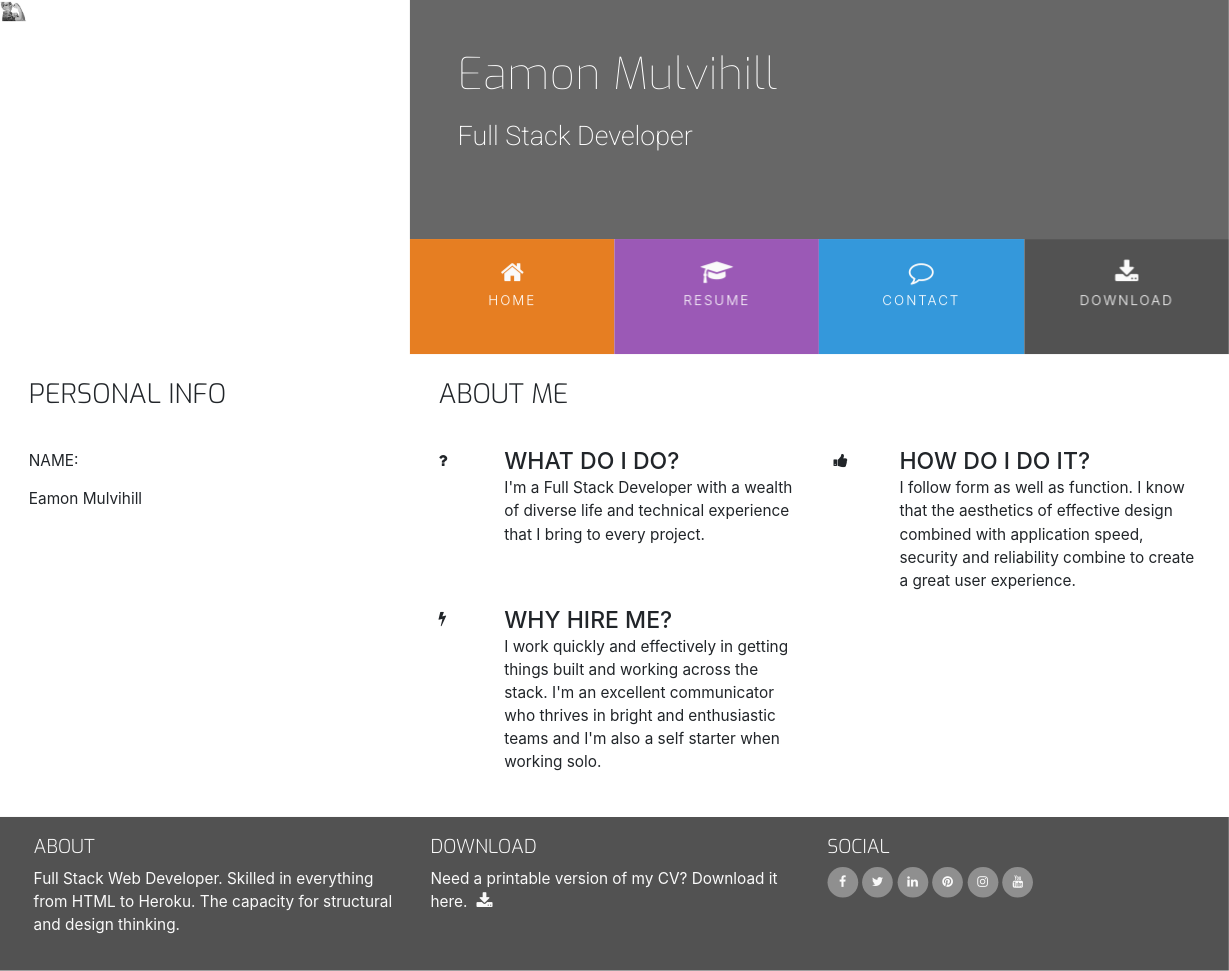
Repository: emulvihi/interactive-cv
Page: index.html
The author's editor kept a record of every edit. The page is drawn from the files as they stood at one moment, then again after the next edit.
The browser window is 1280 px wide. The pictures show the whole page, at 96% of full size.

Above is the page before.

### index.html
<!DOCTYPE html>
<html lang="en">

<head>
    <meta charset="UTF-8">
    <meta name="viewport" content="width=device-width, initial-scale=1.0">
    <meta http-equiv="X-UA-Compatible" content="ie=edge">
    <link rel="stylesheet" href="https://stackpath.bootstrapcdn.com/bootstrap/4.3.1/css/bootstrap.min.css" type="text/css" />
    <link rel="stylesheet" href="https://stackpath.bootstrapcdn.com/font-awesome/4.7.0/css/font-awesome.min.css" type="text/css">
    <link rel="stylesheet" href="https://cdnjs.cloudflare.com/ajax/libs/hover.css/2.3.1/css/hover-min.css" type="text/css" />
    <link rel="stylesheet" href="assets/css/style.css" type="text/css" />
    <title>Eamon</title>
</head>

<body>
    <header>
        <div class="row no-gutters">
            <div class="col-md-4">
                <a href="index.html" class="col-md-4 logo">

                </a>
            </div>
            <div class="col-md-8">
                <div class="row no-gutters bg-color-name-title">
                    <div class="col heading">
                        <h1 class="name">Eamon Mulvihill</h1>
                        <h2 class="title">Full Stack Developer</h2>
                    </div>
                </div>
                <div class="row no-gutters">
                    <div class="col">
                        <ul id="nav" class="list-inline menucontainer">
                            <li class="col-6 col-sm-3 ui-menu-color-home list-inline-item menuitem">
                                <a href="" class="hvr-sweep-to-bottom"><i class="fa fa-home" aria-hidden="true"></i><span>Home</span></a>
                            </li>
                            <li class="col-6 col-sm-3 ui-menu-color-resume list-inline-item menuitem">
                                <a href="" class="hvr-sweep-to-bottom"><i class="fa fa-graduation-cap" aria-hidden="true"></i><span>Resume</span></a>
                            </li>
                            <li class="col-6 col-sm-3 ui-menu-color-contact list-inline-item menuitem">
                                <a href="" class="hvr-sweep-to-bottom"><i class="fa fa-comment-o" aria-hidden="true"></i><span>Contact</span></a>
                            </li>
                            <li class="col-6 col-sm-3 ui-menu-color-download list-inline-item menuitem">
                                <a href="" class="hvr-sweep-to-bottom"><i class="fa fa-download" aria-hidden="true"></i><span>Download</span></a>
                            </li>
                        </ul>
                    </div>
                </div>
            </div>
        </div>
    </header>
    <section class="container-fluid">
        <div class="row">
            <div class="col-md-4 bg-color-personal-info section-column">
                <div class="row">
                    <div class="col-12">
                        <h3 class="section-heading uppercase">
                            Personal Info
                        </h3>
                    </div>
                </div>
                <div class="personal-info-item">
                    <div class="key">
                        <p class="uppercase">
                            Name:
                        </p>
                    </div>
                    <div class="value">
                        <p>
                            Eamon Mulvihill
                        </p>
                    </div>
                </div>
            </div>
            <div class="col-md-8 bg-color-three-reasons section-column">
                <div class="row">
                    <div class="col">
                        <h3 class="section-heading uppercase">About Me</h3>
                    </div>
                </div>
                <div class="row">
                    <div class="col-10 offset-1 offset-sm-0 col-sm-4 col-md-6">
                        <div class="row">
                            <div class="col-2">
                                <i class="three-reasons-icon fa fa-question" aria-hidden="true"></i>
                            </div>
                            <div class="col-10">
                                <h4 class="three-reasons-heading uppercase">What do I do?</h4>
                                <p>
                                    I'm a Full Stack Developer with a wealth of diverse life and technical experience that I bring to every project.
                                </p>
                            </div>
                        </div>
                    </div>
                    <div class="col-10 offset-1 offset-sm-0 col-sm-4 col-md-6">
                        <div class="row">
                            <div class="col-2">
                                <i class="three-reasons-icon fa fa-thumbs-up" aria-hidden="true"></i>
                            </div>
                            <div class="col-10">
                                <h4 class="three-reasons-heading uppercase">How do I do it?</h4>
                                <p>
                                    I follow form as well as function. I know that the aesthetics of effective design combined with application speed, security and reliability combine to create a great user experience.
                                </p>
                            </div>
                        </div>
                    </div>
                    <div class="col-10 offset-1 offset-sm-0 col-sm-4 col-md-6">
                        <div class="row">
                            <div class="col-2">
                                <i class="three-reasons-icon fa fa-bolt" aria-hidden="true"></i>
                            </div>
                            <div class="col-10">
                                <h4 class="three-reasons-heading uppercase">Why hire me?</h4>
                                <p>
                                    I work quickly and effectively in getting things built and working across the stack. I'm an excellent
                                    communicator who thrives in bright and enthusiastic teams and
                                    I'm also a self starter when working solo.
                                </p>
                            </div>
                        </div>
                    </div>
                </div>
            </div>
        </div>

    </section>
    <footer class="container-fluid">
        <div id="footer-details" class="row">
            <div class="col-sm-4">
                <h5 class="uppercase general-sub">About</h5>
                <p class="inline-block">
                    Full Stack Web Developer. Skilled in everything from HTML to Heroku. The capacity for structural and design thinking.
                </p>
            </div>
            <div class="col-sm-4">
                <h5 class="uppercase general-sub">Download</h5>
                <p class="inline-block">
                    Need a printable version of my CV? Download it here.
                    <a href="#" target="_blank" class="cv-pdf">
                        <i class="fa fa-download" aria-hidden="true"></i>
                        <span class="sr-only">Download link.</span>
                    </a>
                </p>
            </div>
            <div class="col-sm-4">
                <h5 class="uppercase general-sub">Social</h5>
                <ul class="list-inline social-links">
                    <li class="list-inline-item">
                        <a href="#" target="_blank">
                            <i class="fa fa-facebook" aria-hidden="true"></i>
                            <span class="sr-only">Facebook</span>
                        </a>
                    </li>
                    <li class="list-inline-item">
                        <a href="#" target="_blank">
                            <i class="fa fa-twitter" aria-hidden="true"></i>
                            <span class="sr-only">Twitter</span>
                        </a>
                    </li>
                    <li class="list-inline-item">
                        <a href="#" target="_blank">
                            <i class="fa fa-linkedin" aria-hidden="true"></i>
                            <span class="sr-only">LinkedIn</span>
                        </a>
                    </li>
                    <li class="list-inline-item">
                        <a href="#" target="_blank">
                            <i class="fa fa-pinterest" aria-hidden="true"></i>
                            <span class="sr-only">Pinterest</span>
                        </a>
                    </li>
                    <li class="list-inline-item">
                        <a href="#" target="_blank">
                            <i class="fa fa-instagram" aria-hidden="true"></i>
                            <span class="sr-only">Instagram</span>
                        </a>
                    </li>
                    <li class="list-inline-item">
                        <a href="#" target="_blank">
                            <i class="fa fa-youtube" aria-hidden="true"></i>
                            <span class="sr-only">Youtube</span>
                        </a>
                    </li>
                </ul>
            </div>
        </div>
    </footer>
</body>

</html>

### assets/css/style.css
@import url('https://fonts.googleapis.com/css?family=Roboto:100,200,300,400,500,600,700|Exo:100,200,300,400,500,600,700');

/* ---------------------------- Colours */

.bg-color-name-title {
    background-color: #676767;
}

.bg-color-three-reasons {
    background-color: #fff;
}

.ui-menu-color-home {
    background-color: #e67e22;
}

.ui-menu-color-resume {
    background-color: #9b59b6;
}

.ui-menu-color-contact {
    background-color: #3498db;
}

.ui-menu-color-download {
    background-color: #525252;
}

/* ---------------------------- Special paddings/margins/text */

h1,
h2,
h3,
h4 {
    margin: 0;
}

.uppercase {
    text-transform: uppercase;
}

.general-sub {
    font-family: "Exo", sans-serif;
    font-weight: 300;
    color: #fafafa;
}

.inline-block {
    display: inline-block;
}

.row-table {
    display: table;
}

.section-column {
    display: table-cell;
    padding: 0 30px 30px;
    float: none;
}

.section-heading {
    font-family: "Exo", sans-serif;
    font-weight: 300;
    margin-top: 25px;
    margin-bottom: 40px;
}

/* ---------------------------- Heading */

header {
    margin: 0;
}

.heading {
    margin-left: 50px;
}

.logo {
    background: url("../images/rosie.jpg");
    background-position: center;
    background-repeat: no-repeat;
    background-size: cover;
    min-height: 360px;
    transition: all .5s ease-in-out;
    -moz-transition: all .5s ease-in-out;
    -webkit-transition: all .5s ease-in-out;
}

.name {
    font-family: "Exo", sans-serif;
    font-weight: 100;
    font-size: 46px;
    margin-top: 50px;
    color: #fff;
}

.title {
    font-family: "Roboto", sans-serif;
    font-weight: 200;
    font-size: 28px;
    margin-top: 20px;
    margin-bottom: 90px;
    color: #fff;
}

.list-inline-item:not(:last-child) {
    margin: 0;
}

.menucontainer {
    font-size: 0;
}

#nav {
    margin: 0;
}

#nav li {
    font-size: 14px;
    padding: 0;
}

.menuitem {
    height: 120px;
    text-align: center;
    padding: 0;
}

.menuitem a {
    width: 100%;
    text-decoration: none;
    color: #fff;
    height: 120px;
}

.menuitem a i {
    padding-top: 22px;
    display: block;
    color: #fafafa;
    font-size: 26px;
}

.menuitem span {
    display: block;
    width: 100%;
    padding-top: 5px;
    text-align: center;
    text-transform: uppercase;
    font-size: 14px;
    font-weight: 300;
    letter-spacing: 2px;
}

/* ---------------------------- Hover */

.hvr-sweep-to-bottom:before {
    background-color: rgba(0, 0, 0, 0.2);
    height: 120px;
}

/* ---------------------------- Footer */

footer {
    background-color: #525252;
    color: #fafafa;
    min-height: 120px;
}

.cv-pdf i {
    font-size: 18px;
    color: #fafafa;
    text-align: center;
    padding-left: 5px;
    transition: all 0.35s ease-in-out;
    -moz-transition: all 0.35s ease-in-out;
    -webkit-transition: all 0.35s ease-in-out;
    -o-transition: all 0.35s ease-in-out;
}

.cv-pdf i:hover {
    color: #e84610;
}

.social-links {
    padding-bottom: 15px;
}

.social-links li a i {
    width: 32px;
    height: 32px;
    padding: 12px 0;
    border-radius: 50%;
    font-size: 13px;
    line-height: 7px;
    text-align: center;
    color: #fafafa;
    background-color: #8f8f8f;
    transition: all 0.35s ease-in-out;
    -moz-transition: all 0.35s ease-in-out;
    -webkit-transition: all 0.35s ease-in-out;
    -o-transition: all 0.35s ease-in-out;
}

.social-links li a i:hover {
    background-color: #e84610;
}

#footer-details {
    padding: 20px;
}

After the next edit:
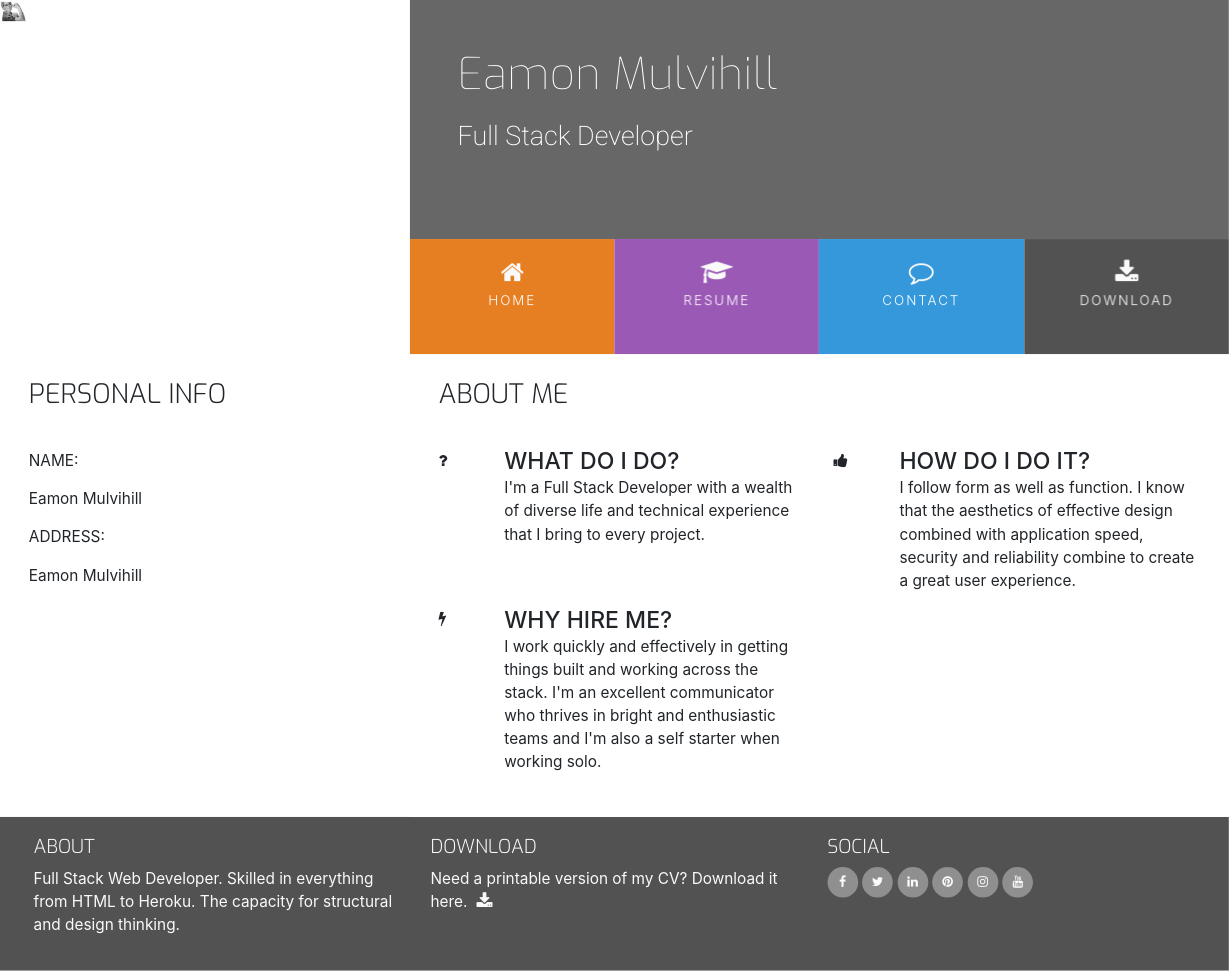
The edit:
--- a/index.html
+++ b/index.html
@@ -70,6 +70,18 @@
                         </p>
                     </div>
                 </div>
+                <div class="personal-info-item">
+                    <div class="key">
+                        <p class="uppercase">
+                            Address:
+                        </p>
+                    </div>
+                    <div class="value">
+                        <p>
+                            Eamon Mulvihill
+                        </p>
+                    </div>
+                </div>
             </div>
             <div class="col-md-8 bg-color-three-reasons section-column">
                 <div class="row">
